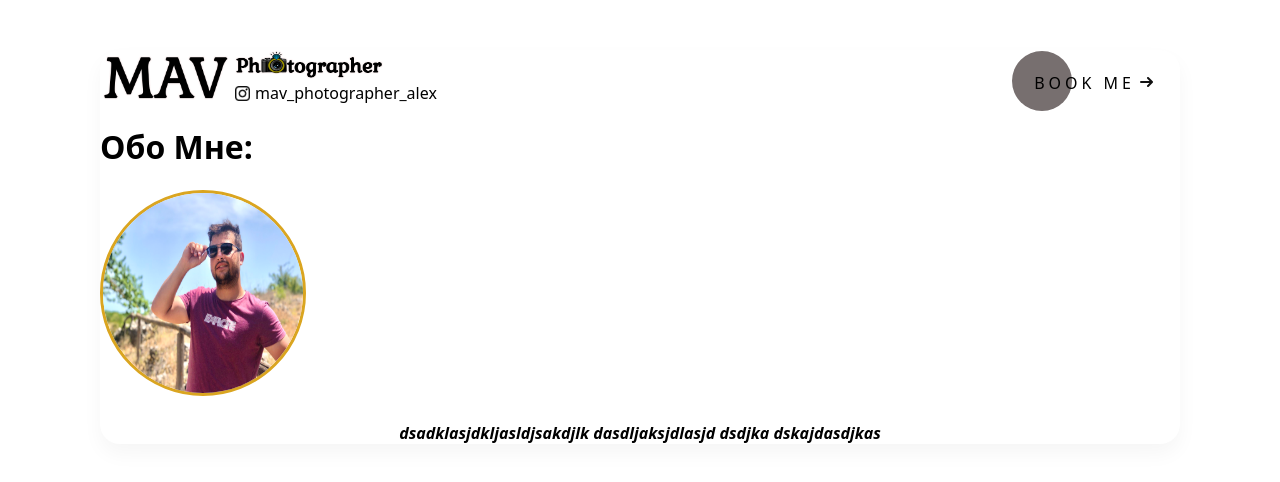
Repository: Dekabrist94/MAV
Page: /
These files come from the project's save history. The page is drawn as it stood at one moment and after the next save; the edit follows.
The browser window is 1280 px wide. The pictures show the whole page.
The project was rebuilt for these pictures with package versions that can differ from the ones it lists, and the page was loaded fresh each time.

Above is the page before, as saved 2023-02-28 21:35:08.

After the next save:
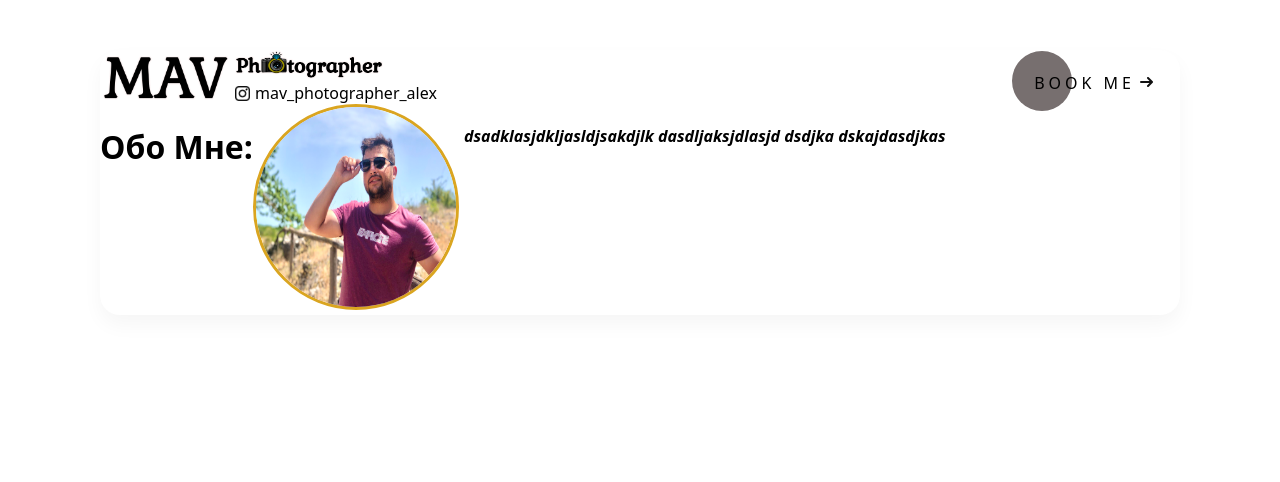
Saved 29 s later.
--- a/src/index.scss
+++ b/src/index.scss
@@ -42,6 +42,10 @@
   margin: 0;
 }
 
+.aboutMe {
+  display: flex;
+}
+
 .avatar {
   border-radius: 50%;
   border: 3px goldenrod solid;
